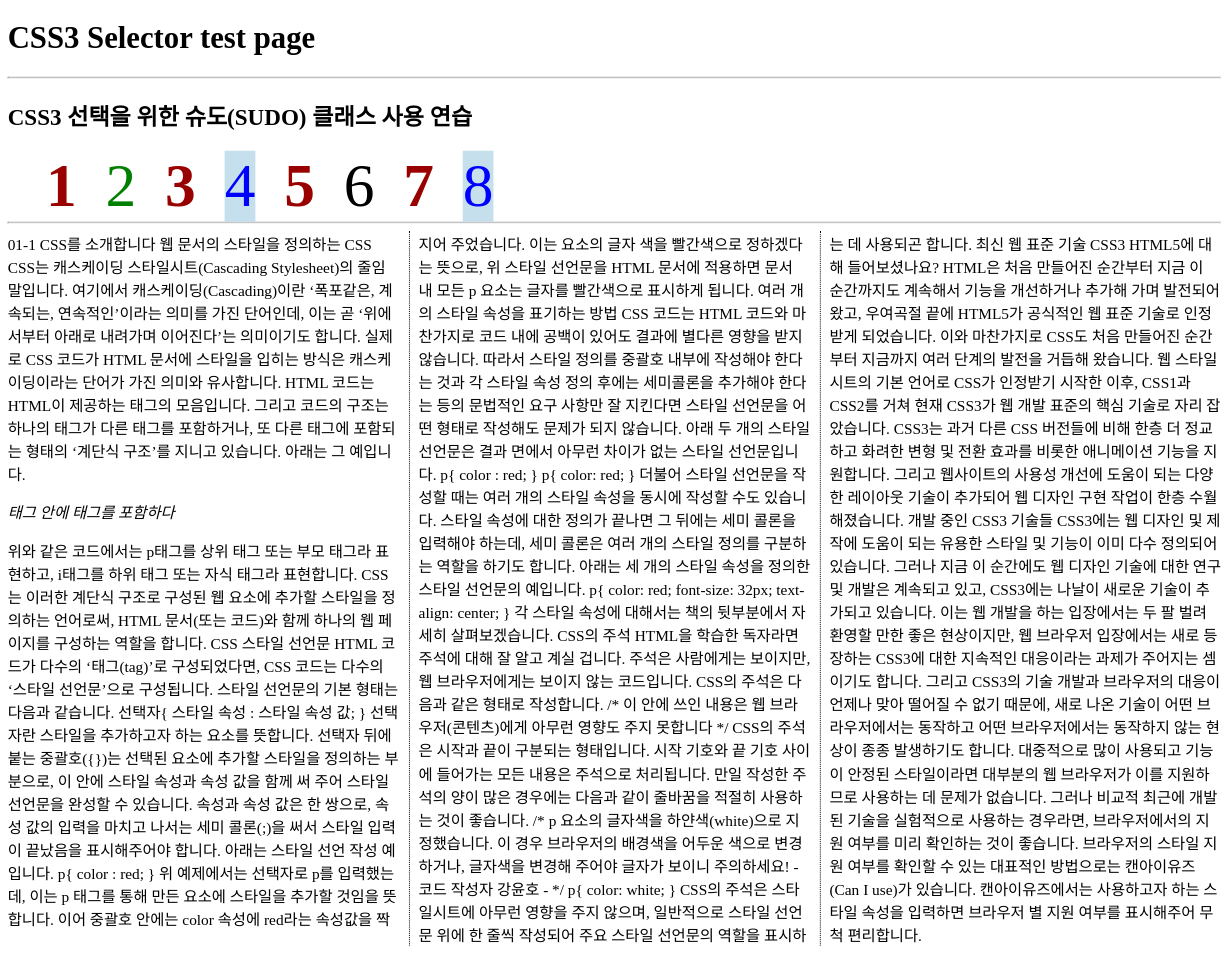
Repository: bianchi112/ict-data
Page: web_workspace/testCSSProject/src/main/webapp/views/test/selector.html
The author's editor kept a copy of each file at every save. The page is drawn from the files as they stood at one save, then again after the next save.
The browser window is 1280 px wide. The pictures show the whole page, at 96% of full size.
Some web fonts or font styles are not loaded; a fallback is used.

Above is the page before, as saved 2024-09-02 05:55:40.

After the next save:
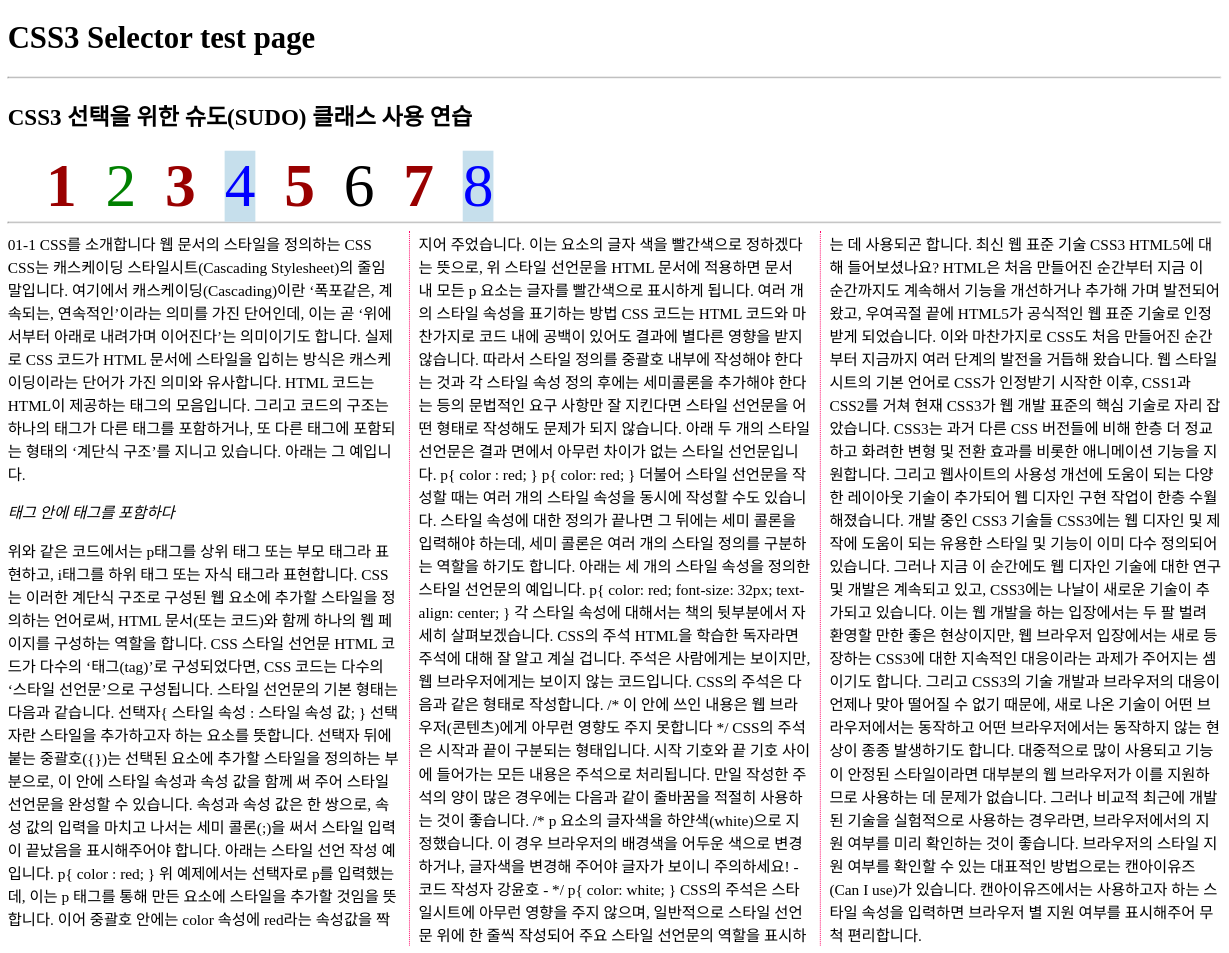
Saved 7 s later.
--- a/web_workspace/testCSSProject/src/main/webapp/resources/css/selector.css
+++ b/web_workspace/testCSSProject/src/main/webapp/resources/css/selector.css
@@ -41,5 +41,5 @@ li:nth-child(2) {
 div.mcol {
 	column-count: 3;
 	column-gap: 20px;
-	column-rule: 1px dotted;
+	column-rule: 1px dotted #f06;
 }
